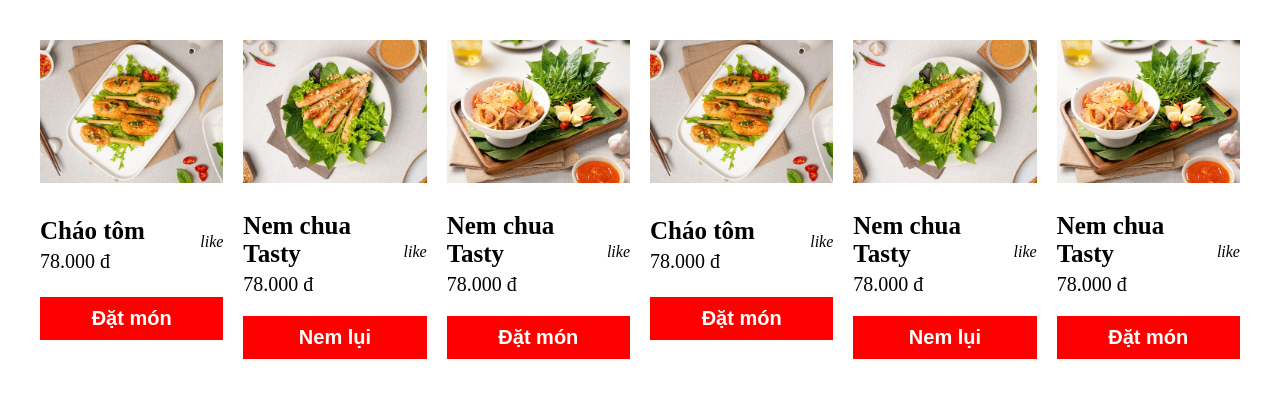
Repository: khoitq-acl/dolphin-restaurant
Page: index.html
An editor plug-in stored every save of this project. The page is shown before and after the next save, followed by the edit.
The browser window is 1280 px wide. The pictures show the whole page.

Above is the page before, as saved 2023-06-01 16:14:38.

### index.html
<!DOCTYPE html>
<html lang="en">

<head>
    <meta charset="UTF-8">
    <meta http-equiv="X-UA-Compatible" content="IE=edge">
    <meta name="viewport" content="width=device-width, initial-scale=1.0">
    <title>Dolphin</title>
    <link rel="stylesheet" href="style.css">
</head>

<body>
    <div class="item-list">
        <div class="item-row">
            <div class="item">

                <div class="img">
                    <img src="./img/chao-tom-4e2c.jpg" alt="chao-tom">
                </div>

                <div class="item-des">
                    <div class="item-text">
                        <p>Cháo tôm</p>
                        <span>78.000 đ</span>
                    </div>
                    <div class="item-icon">
                        <i>like</i>
                    </div>
                </div>

                <button class="btn-order">Đặt món</button>
            </div>

            <div class="item">

                <div class="img">
                    <img src="./img/nem-lui-434c.jpg" alt="nem-lui">
                </div>

                <div class="item-des">
                    <div class="item-text">
                        <p>Nem chua Tasty</p>
                        <span>78.000 đ</span>
                    </div>
                    <div class="item-icon">
                        <i>like</i>
                    </div>
                </div>

                <button class="btn-order">Nem lụi</button>
            </div>

            <div class="item">

                <div class="img">
                    <img src="./img/nem-chua-423b.jpg" alt="nem-chua">
                </div>

                <div class="item-des">
                    <div class="item-text">
                        <p>Nem chua Tasty</p>
                        <span>78.000 đ</span>
                    </div>
                    <div class="item-icon">
                        <i>like</i>
                    </div>
                </div>

                <button class="btn-order">Đặt món</button>
            </div>
            <div class="item">

                <div class="img">
                    <img src="./img/chao-tom-4e2c.jpg" alt="chao-tom">
                </div>

                <div class="item-des">
                    <div class="item-text">
                        <p>Cháo tôm</p>
                        <span>78.000 đ</span>
                    </div>
                    <div class="item-icon">
                        <i>like</i>
                    </div>
                </div>

                <button class="btn-order">Đặt món</button>
            </div>

            <div class="item">

                <div class="img">
                    <img src="./img/nem-lui-434c.jpg" alt="nem-lui">
                </div>

                <div class="item-des">
                    <div class="item-text">
                        <p>Nem chua Tasty</p>
                        <span>78.000 đ</span>
                    </div>
                    <div class="item-icon">
                        <i>like</i>
                    </div>
                </div>

                <button class="btn-order">Nem lụi</button>
            </div>

            <div class="item">

                <div class="img">
                    <img src="./img/nem-chua-423b.jpg" alt="nem-chua">
                </div>

                <div class="item-des">
                    <div class="item-text">
                        <p>Nem chua Tasty</p>
                        <span>78.000 đ</span>
                    </div>
                    <div class="item-icon">
                        <i>like</i>
                    </div>
                </div>

                <button class="btn-order">Đặt món</button>
            </div>
        </div>
    </div>
</body>

</html>

### style.css
* {
    margin: 0;
    padding: 0;
    box-sizing: border-box;
}
.item-row {
    display: flex;
    justify-content: space-between;
    padding: 40px;
    gap: 20px;
}
.item {
    height: 300px;
    display: flex;
    flex-direction: column;
    justify-content: space-between;
    /*
    vw : viewport of width
    100vw
    */
    width: 30vw;
}

img, .img img {
    width: 100%;
}

.item-des {
    width: 100%;
    padding: 20px 0;
    display: flex;
    justify-content: space-between;
    align-items: center;
}

.item-text p {
    font-size: 25px;
    font-weight: bolder;
    padding: 5px 0;
}

.item-text span {
    font-size: 20px;
}

.btn-order {
    padding: 10px ;
    background-color: red;
    border: none;
    outline: none;
    color: white;
    font-size: 20px;
    font-weight: bold;
}

After the next save:
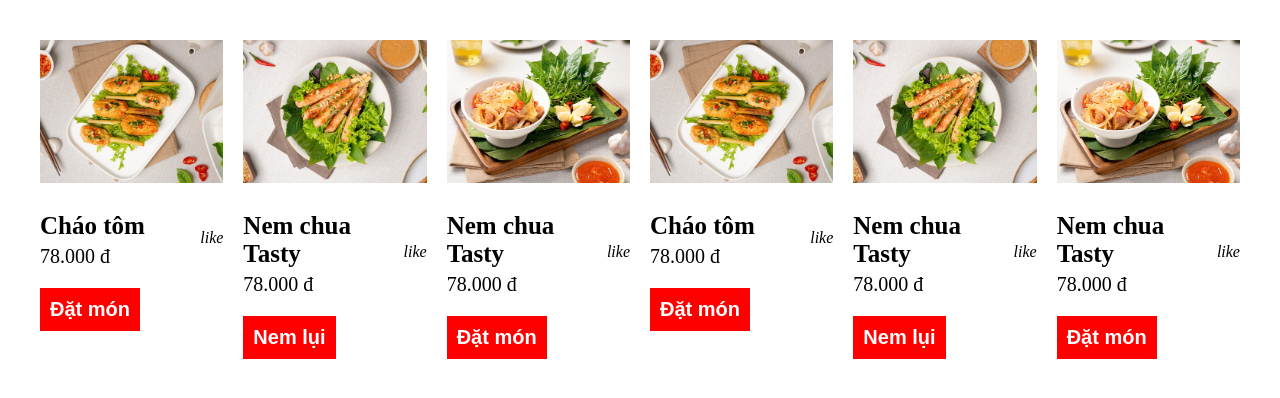
Saved 9 s later.
--- a/style.css
+++ b/style.css
@@ -11,9 +11,7 @@
 }
 .item {
     height: 300px;
-    display: flex;
-    flex-direction: column;
-    justify-content: space-between;
+   display: block;
     /*
     vw : viewport of width
     100vw
